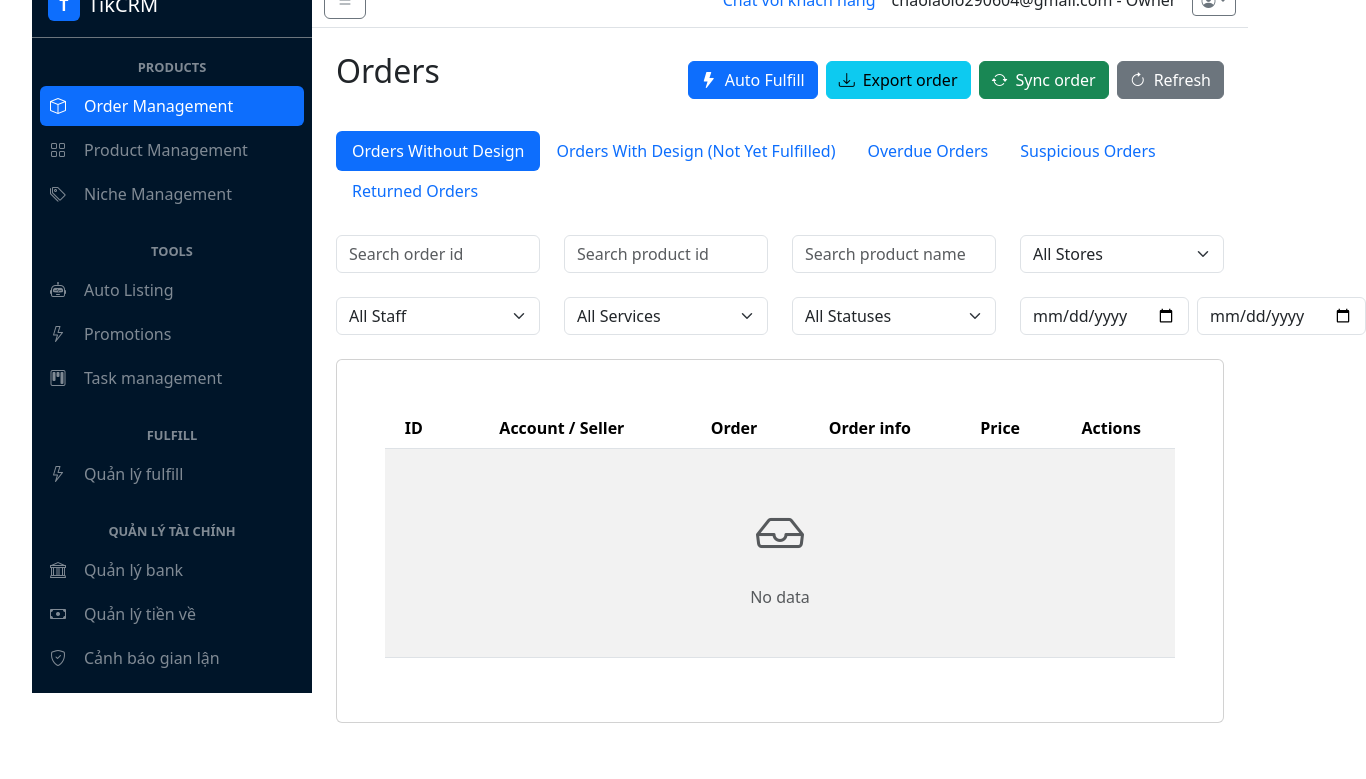
Repository: chaolaolo/tikcrm-fe
Page: /dashboard
These files come from the project's save history. The page is drawn as it stood at one moment and after the next save; the edit follows.
The browser window is 1280 px wide. The page is 1366 px wide, so the pictures cover 1366 px, including what lies to the right of the window. The pictures show the whole page.
The project was rebuilt for these pictures with package versions that can differ from the ones it lists, and the page was loaded fresh each time. Some packages were replaced by stand-ins written for this rebuild. Also part of the build but not shown: vite.config.ts, src/pages/Auth/Login/LoginPage.tsx, src/pages/Auth/Register/RegisterPage.tsx, src/pages/Home/Settings.tsx, src/pages/Home/HomePage.tsx, src/pages/Auth/ForgotPassword/ForgotPassword.tsx.

Above is the page before, as saved 2025-05-23 12:47:39.

After the next save:
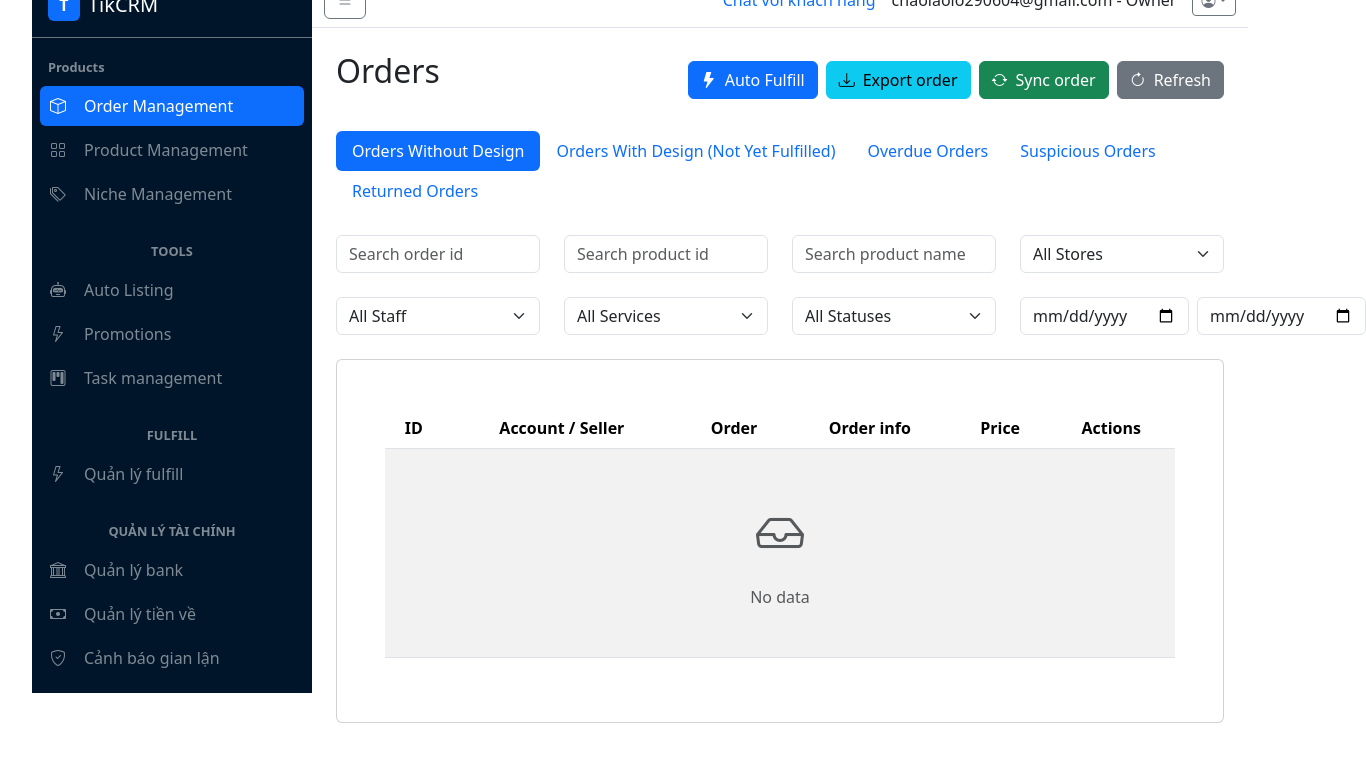
Saved 38 s later.
--- a/src/pages/Layouts/Layout.tsx
+++ b/src/pages/Layouts/Layout.tsx
@@ -42,8 +42,8 @@
         {/* Menu Items */}
         <div className="py-3">
           {/* Products Section */}
-          <div className="px-3 mb-2">
-            {!isCollapsed && <small className="text-white-50 text-uppercase fw-bold">Products</small>}
+          <div className="px-3 mb-2 text-left">
+            {!isCollapsed && <small className="text-white-50 fw-bold">Products</small>}
           </div>
 
           <div className="px-2">
